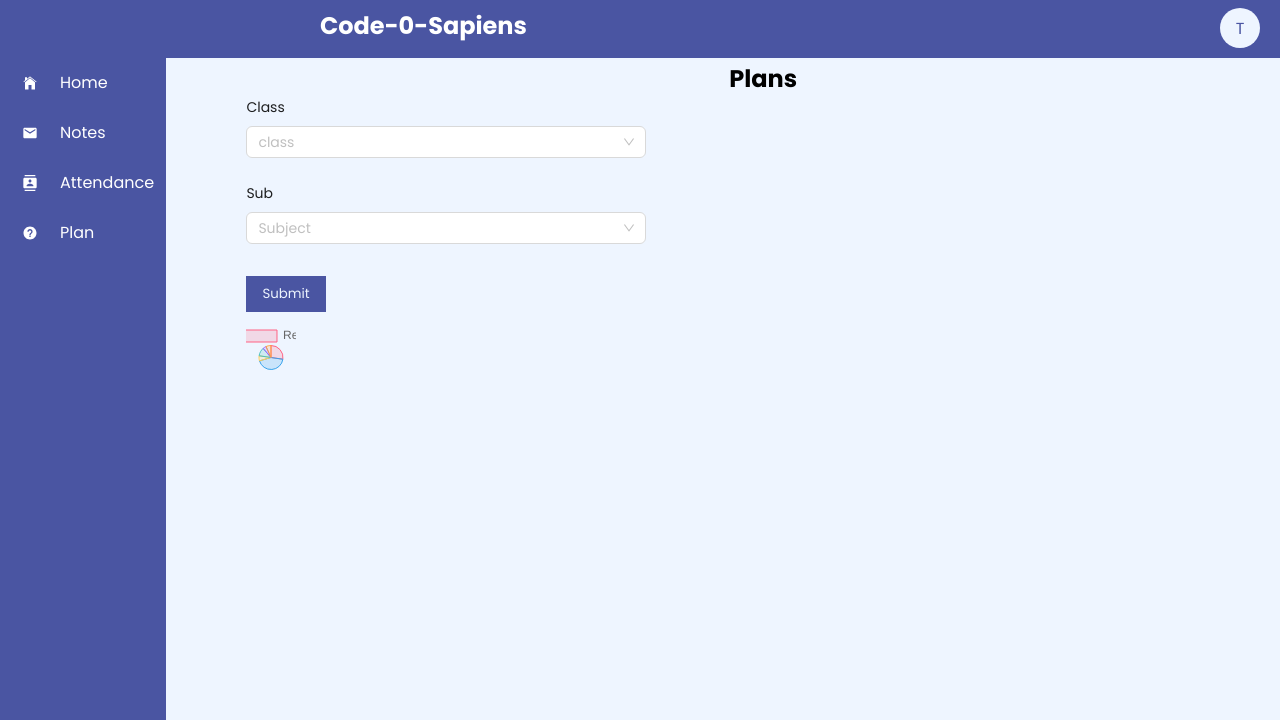
Repository: sinchana-P/code-0-sapiens
Page: /plans (app in client/)
These files come from the project's save history. The page is drawn as it stood at one moment and after a run of saves; the edit follows.
The browser window is 1280 px wide. The pictures show the whole page.
The project was rebuilt for these pictures with package versions that can differ from the ones it lists, and the page was loaded fresh each time. Also part of the build but not shown: client/src/components/auth/login/FormLayoutLogin.jsx, client/src/components/auth/login/Login.jsx, client/src/components/auth/register/FormLayoutRegister.jsx, client/src/components/auth/register/Register.jsx, client/src/components/homeScene/Home.jsx, client/src/components/notes/Notes.jsx, client/src/components/attendance/Attendance.jsx, client/src/components/profile/Profile.jsx and 5 more.

Above is the page before, as saved 2024-03-01 07:28:12.

### client/public/index.html
<!DOCTYPE html>
<html lang="en">
  <head>
    <meta charset="utf-8" />
    <link rel="icon" href="%PUBLIC_URL%/favicon.ico" />
    <meta name="viewport" content="width=device-width, initial-scale=1" />
    <meta name="theme-color" content="#000000" />
    <meta
      name="description"
      content="Web site created using create-react-app"
    />
    <link rel="apple-touch-icon" href="%PUBLIC_URL%/logo192.png" />
    <!--
      manifest.json provides metadata used when your web app is installed on a
      user's mobile device or desktop. See https://developers.google.com/web/fundamentals/web-app-manifest/
    -->
    <link rel="manifest" href="%PUBLIC_URL%/manifest.json" />
    <!--
      Notice the use of %PUBLIC_URL% in the tags above.
      It will be replaced with the URL of the `public` folder during the build.
      Only files inside the `public` folder can be referenced from the HTML.

      Unlike "/favicon.ico" or "favicon.ico", "%PUBLIC_URL%/favicon.ico" will
      work correctly both with client-side routing and a non-root public URL.
      Learn how to configure a non-root public URL by running `npm run build`.
    -->
    <link rel="preconnect" href="https://fonts.googleapis.com">
<link rel="preconnect" href="https://fonts.gstatic.com" crossorigin>
<link href="https://fonts.googleapis.com/css2?family=Poppins:ital,wght@0,100;0,200;0,300;0,400;0,500;0,600;0,700;0,800;0,900;1,100;1,200;1,300;1,400;1,500;1,600;1,700;1,800;1,900&display=swap" rel="stylesheet">
    <title>Code-0-Sapiens</title>
  </head>
  <body>
    <noscript>You need to enable JavaScript to run this app.</noscript>
    <div id="root"></div>
    <!--
      This HTML file is a template.
      If you open it directly in the browser, you will see an empty page.

      You can add webfonts, meta tags, or analytics to this file.
      The build step will place the bundled scripts into the <body> tag.

      To begin the development, run `npm start` or `yarn start`.
      To create a production bundle, use `npm run build` or `yarn build`.
    -->
  </body>
</html>

### client/src/index.js
import React from 'react';
import ReactDOM from 'react-dom/client';
import './index.css';
import App from './App';
import reportWebVitals from './reportWebVitals';
import { BrowserRouter } from 'react-router-dom'
import { apiSlice } from './api/apiSlice';
import {ApiProvider} from '@reduxjs/toolkit/query/react'

const root = ReactDOM.createRoot(document.getElementById('root'));
root.render(
  <BrowserRouter>
    <React.StrictMode>
      <ApiProvider api={apiSlice}>
        <App />
      </ApiProvider>
    </React.StrictMode>
  </BrowserRouter>,
);

// If you want to start measuring performance in your app, pass a function
// to log results (for example: reportWebVitals(console.log))
// or send to an analytics endpoint. Learn more: https://bit.ly/CRA-vitals
reportWebVitals();

### client/src/App.jsx

import './App.css';
import { useState } from 'react';
import { Routes, Route } from 'react-router-dom'
import Login from './components/auth/login/Login'
import Register from './components/auth/register/Register';
import Topbar from './components/global/topbar/Topbar';
import Sidebar from './components/global/sidebar/Sidebar';
import Home from './components/homeScene/Home';
import Notes from './components/notes/Notes';
import Plans from './components/plans/Plans';
import Attendance from './components/attendance/Attendance';
import Profile from './components/profile/Profile';
import StudentSidebar from './components/global/sidebar/StudentSidebar';
import StdHome from './components/stdHome/StdHome';
import StdAttendance from './components/stdAttendance/StdAttendance'
import StdNotes from './components/stdNotes/StdNotes';
import StdDoubts from './components/stdDoubts/StdDoubts';

function App() {
  const [userRole, setUserRole] = useState('Teacher')

  return (
    <div className="App">
      <div className='app-container'>

      <Topbar userRole={userRole}/>

        <div className='main-content'>
          <div className='left-content-container'>

          {
            userRole === 'Teacher' ? (<Sidebar /> ) : (<StudentSidebar /> )
          }

          </div>
          <div className='right-content-container'>
            <Routes>
              <Route path='/login' element={ <Login/> } />
              <Route path='/register' element={ <Register/> } />
              <Route path='/home' element={ <Home/> } />
              <Route path='/notes' element={ <Notes/> } />
              <Route path='/attendance' element={ <Attendance/> } />
              <Route path='/plans' element={ <Plans/> } />
              {/* <Route path='/profile' element={ <Profile/> } /> */}
              <Route path='/student' element={ <StdHome/> } />
              <Route path='/student/attendance' element={ <StdAttendance/> } />
              <Route path='/student/attendance' element={ <StdNotes/> } />
              <Route path='/student/attendance' element={ <StdDoubts/> } />
            </Routes>
          </div>
        </div>
      </div>

    </div>
  );
}

export default App;

### client/src/api/apiSlice.js
import {createApi,fetchBaseQuery} from '@reduxjs/toolkit/query/react'


export const apiSlice = createApi({
       reducerPath:"api",
       baseQuery:fetchBaseQuery({baseUrl:""}),
       tagTypes:['auth', 'student'],
       endpoints:(builder)=>({
        register: builder.mutation({
            query: (data) => ({
                url: '/register',
                method: "POST",
                body: data
            }),
            invalidatesTags:['auth']
        }),
        login: builder.mutation({
            query: (data) => ({
                url: '/login',
                method: "POST",
                body: data
            }),
            invalidatesTags:['auth']
        }),
            //   getTodos:builder.query({
            //          query:()=>'/auth',
            //          transformResponse: (res: Todo[]) =>  {
            //                 // Ensure res is an array before sorting
            //                 console.log(res);

            //                 if (Array.isArray(res)) {
            //                     return res.sort((a, b) => b.id - a.id);
            //                 } else {
            //                     return res;
            //                 }
            //             },

            //          providesTags:['todos']
            //   }),
            //   addTodo:builder.mutation({
            //          query:(todo)=>({
            //                 url:'/todos',
            //                 method:"POST",
            //                 body:todo
            //          }),
            //          invalidatesTags:['todos']
            //   }),
            //   updateTodo:builder.mutation({
            //          query:(todo)=>({
            //                 url:/todos/${todo.id},
            //                 method:'PATCH',
            //                 body:todo
            //          }),
            //          invalidatesTags:['todos']
            //   }),
            //   deleteTodo:builder.mutation({
            //          query:(id)=>({

            //                 url:/todos/${id},
            //                 method:'DELETE',
            //                 body:id
            //          }),
            //          invalidatesTags:['todos']
            //   })

       })
})

export const { useRegisterMutation,useLoginMutation } = apiSlice

### client/src/App.css
@import url('https://fonts.googleapis.com/css2?family=Poppins:ital,wght@0,100;0,200;0,300;0,400;0,500;0,600;0,700;0,800;0,900;1,100;1,200;1,300;1,400;1,500;1,600;1,700;1,800;1,900&display=swap');

* {
  font-family: "Poppins", sans-serif;
}

/* --- */
.full-width-container {
  width: 100%;
  display: flex;
  justify-content: center;
  align-items: center;
}
/* --- */

.right-content-container {
  background-color: #EEF5FF;
  display: flex;
  align-items: start;
  justify-content: center;
}

.app-container {
  display: flex;
  flex-direction: column;
}

.main-content {
  display: flex;
  flex-direction: row;
}

.left-content-container {
  width: 13vw;
}

.right-content-container {
  width: 87vw;

}

### client/src/components/global/topbar/Topbar.jsx
import React, {useState} from 'react'
import './Topbar.css'

const Topbar = ({userRole}) => {
  // const [userRole, setUserRole] = useState('Teacher')

  return (
    <div className='topbar-container'>
        <h2 style={{textAlign: 'left'}} className='logo-text'>Code-0-Sapiens</h2>

        <div className='profile-div'>
          {userRole === 'Teacher' ? 'T' : (userRole === 'Student' ? 'S' : '')}
        </div>
    </div>
  )
}

export default Topbar

### client/src/components/global/sidebar/Sidebar.jsx
import './Sidebar.css'
import { SidebarData } from './SidebarData';
import { Link, NavLink } from 'react-router-dom';


const Sidebar=()=> {
  return (
    <div className='sidebar'>
       <ul className='sidebarList'>
        {
        SidebarData.map((value,key)=>{
            return (
              <NavLink to={value.route} key={key} className='row' >
                <div id='icon'>{value.icon}</div>
                <div id='title'>{value.title}</div>
              </NavLink>
            )
        })
        }
       </ul>
    </div>
  )
}

export default Sidebar

### client/src/components/plans/Plans.jsx
import React, {useState} from 'react';
import { Form, Select, Checkbox } from 'antd';
import './Plans.css'
import { Chart as ChartJS, ArcElement, Tooltip, Legend } from 'chart.js';
import { Pie } from 'react-chartjs-2';


const SidebarData = [
  {
    cls_id: '8',
    sub_id: '1',
    mod_id: 'Module 1',
    chp_id: 'Chapter 1',
    completed: true
  },
  {
    cls_id: '8',
    sub_id: '1',
    mod_id: 'Module 1',
    chp_id: 'Chapter 2',
    completed: false
  },
  {
    cls_id: '8',
    sub_id: '1',
    mod_id: 'Module 1',
    chp_id: 'Chapter 3',
    completed: true
  },
  {
    cls_id: '8',
    sub_id: '1',
    mod_id: 'Module 1',
    chp_id: 'Chapter 4',
    completed: false
  },
  {
    cls_id: '8',
    sub_id: '1',
    mod_id: 'Module 1',
    chp_id: 'Chapter 5',
    completed: true
  },
  {
    cls_id: '8',
    sub_id: '1',
    mod_id: 'Module 2',
    chp_id: 'Chapter 1',
    completed: false
  },
  {
    cls_id: '8',
    sub_id: '1',
    mod_id: 'Module 2',
    chp_id: 'Chapter 2',
    completed: true
  },
  {
    cls_id: '8',
    sub_id: '1',
    mod_id: 'Module 2',
    chp_id: 'Chapter 3',
    completed: true
  },
  {
    cls_id: '8',
    sub_id: '1',
    mod_id: 'Module 2',
    chp_id: 'Chapter 4',
    completed: true
  },
  {
    cls_id: '8',
    sub_id: '1',
    mod_id: 'Module 2',
    chp_id: 'Chapter 5',
    completed: true
  }
];

const CheckboxGroup = Checkbox.Group;
ChartJS.register(ArcElement, Tooltip, Legend);

const Plans = () => {

    const [isSubmit, setIsSubmit] = useState(false)

    const data = {
      labels: ['Red', 'Blue', 'Yellow', 'Green', 'Purple', 'Orange'],
      datasets: [
        {
          label: '# of Votes',
          data: [12, 19, 3, 5, 2, 3],
          backgroundColor: [
            'rgba(255, 99, 132, 0.2)',
            'rgba(54, 162, 235, 0.2)',
            'rgba(255, 206, 86, 0.2)',
            'rgba(75, 192, 192, 0.2)',
            'rgba(153, 102, 255, 0.2)',
            'rgba(255, 159, 64, 0.2)',
          ],
          borderColor: [
            'rgba(255, 99, 132, 1)',
            'rgba(54, 162, 235, 1)',
            'rgba(255, 206, 86, 1)',
            'rgba(75, 192, 192, 1)',
            'rgba(153, 102, 255, 1)',
            'rgba(255, 159, 64, 1)',
          ],
          borderWidth: 1,
        },
      ],
    };

  // Grouping chapters by module
  const groupedChapters = SidebarData.reduce((acc, curr) => {
    const { mod_id, chp_id } = curr;
    if (!acc[mod_id]) {
      acc[mod_id] = [];
    }
    acc[mod_id].push(chp_id);
    console.log('acc');
    console.log(acc);
    return acc;
  }, {});

  const handleSubmit = () => {
    setIsSubmit(true)
  }

  return (
    <div className='plans-main'>
      <h2 className='heading'>Plans</h2>
        <Form
            layout="vertical"
            name="basic"
            labelCol={{ span: 8 }}
            wrapperCol={{ span: 16 }}
            style={{ maxWidth: 600 }}
            initialValues={{ remember: true }}
            autoComplete="off"
        >
            <Form.Item label="Class" rules={[{ required: true, message: 'Please select class!' }]}>
            <Select placeholder="class">
                <Select.Option value="class8">Class 8</Select.Option>
                <Select.Option value="class9">Class 9</Select.Option>
                <Select.Option value="class10">Class 10</Select.Option>
            </Select>
            </Form.Item>
            <Form.Item label="Sub" rules={[{ required: true, message: 'Please select class!' }]}>
            <Select placeholder="Subject">
                <Select.Option value="maths">Maths</Select.Option>
                <Select.Option value="science">Science</Select.Option>
                <Select.Option value="social">Social</Select.Option>
            </Select>
            </Form.Item>
        </Form>

        <button onClick={handleSubmit}>Submit</button>

        <div>
            <div>
                {isSubmit && (
                    <>
                    {Object.keys(groupedChapters).map((module, index) => (

                      <div key={index} className='module-chapters-checkbox'>
                      <h3>{module}</h3>
                      <CheckboxGroup>
                          {groupedChapters[module].map((chapter, i) => (
                          <Checkbox checked key={i} value={chapter} style={{width: '1200px'}} >
                              {chapter}
                          </Checkbox>
                          ))}
                      </CheckboxGroup>

                      </div>

                  ))}
                  <button>Update Plan</button>
                    </>


                )}


            </div>

            <div style={{width:'50px', height: '50px'}}>
              <Pie
                data={data}
                width={50}
                height={50}
              />
            </div>



        </div>


      </div>

  );
}

export default Plans;

### client/src/components/auth/login/Login.css
.login-container{
    padding: 1rem 0;
    /* background-color: pink; */
    width: 50vw;

}

h2 {
    text-align: center;
    margin-left: 20rem;
}

### client/src/components/auth/register/Register.css
.register-container{
    padding: 1rem 0;
    /* background-color: pink; */
    width: 50vw;

}

h2 {
    text-align: center;
    margin-left: 20rem;
}

### client/src/components/global/topbar/Topbar.css
.topbar-container {
    background-color: #4A55A2;
    min-width: 95vw;
    height: 4rem;
    display: flex;
    flex-direction: row;
    justify-content: space-between;
}

.profile-div {
    background-color: #EEF5FF;
    color: #4a55a2;
    width: 40px;
    height: 40px;
    border-radius: 50%;
    display: flex;
    justify-content: center;
    align-items: center;
    margin-top: 8px;
    margin-right: 20px;
}

.logo-text {
    color: white;
    /* text-align: center; */
    margin-top: 0.5rem;
}

### client/src/components/global/sidebar/Sidebar.css
*{
    margin: 0;
    padding: 0;
  }
  .App{
    width: 100vw;
    height: 100vh;
    display: flex;
  }

  .sidebar{
    height: 92vh;
    width: 200px;
    background-color: #4A55A2;
  }

  .sidebarList{
    height: auto;
    width: 100%;
    padding: 0;
  }

  .sidebarList .row{
    width: 100%;
    height: 50px;
    list-style-type: none;
    margin: 0;
    display: flex;
    flex-direction: row;
    color: white;
    justify-content: center;
    align-items: center;
    text-decoration: none;
  }

  .sidebarList .row:hover{
    cursor: pointer;
    background-color: #EEF5FF;
    color: black;

  }

  .row #icon{
    flex: 30%;
    display: grid;
    place-items: center;
  }

  .row #title{
    flex: 70%;
  }

  .row .active {
    background-color: #EEF5FF;
    color: black;
  }

### client/src/components/global/sidebar/SidebarData.js
import { IoIosHome,IoMdHelpCircle } from "react-icons/io";
import { MdEmail,MdContacts } from "react-icons/md";
import { FaRegCalendarCheck } from "react-icons/fa";


export const SidebarData=[
       {
              title:"Home",
              icon:<IoIosHome />,
              route:"/"
       },
       {
              title:"Notes",
              icon:<MdEmail />,
              route:"/notes"
       },
       {
              title:"Attendance",
              icon:<MdContacts />,
              route:"/attendance"
       },
       {
              title:"Plan",
              icon:<IoMdHelpCircle />,
              route:"/plans"
       },
       // {
       //        title:"Profile",
       //        icon:<FaRegCalendarCheck />,
       //        route:"/profile"
       // },
]

### client/src/components/notes/Notes.css
.notes-main {
    width: 87vw;
}

.heading {
    margin-left: 28rem;
}

.notes-container{
    margin: 1rem 18rem;
}

.notes-form-container {
    padding: 1rem 0;
}

.notes-upload-main {
    display: flex;
    flex-direction: row;
}


.notes-upload-container {
    display: flex;
    flex-direction: column;
}

.notes-pdf, .notes-link {
    display: flex;
    flex-direction: row;
    padding: 0.5rem 0;
}

.notes-upload-container {
    padding: 0rem 1rem;
}

p{
    font-weight: bold;
}

### client/src/components/plans/Plans.css
.plans-main{
    width: 87vw;
    padding: 0.2rem 5rem;
    /* max-height: 90vh; */

}

.module-chapters-checkbox {
    display: flex;
    flex-direction: column;
    justify-content: start;
}

.heading {
    margin-left: 5rem;
}

### client/src/components/attendance/Attendance.css
.attendance-main {
    /* background-color: pink; */
    width: 80vw;
}

.attendance-class {
    /* background-color: pink; */
}

.attendance-class-inputs-container {
    display: flex;
    flex-direction: row;
    min-width: 80vw;
}

.attendance-class-each {
    width: 15rem;
    margin: 2rem;
}

button {
    background-color: #4a55a2;
    color: #EEF5FF;
    border: none;
    padding: 0.5rem 1rem;
    margin: 0.5rem 0;
}

button:hover {
    background-color: #b9cae3;
    color: #4a55a2;
    cursor: pointer;
}

### client/src/components/global/sidebar/StudentSidebarData.js
import { IoIosHome,IoMdHelpCircle } from "react-icons/io";
import { MdEmail,MdContacts } from "react-icons/md";
import { FaRegCalendarCheck } from "react-icons/fa";


export const StudentSidebarData=[
       {
              title:"Home",
              icon:<IoIosHome />,
              route:"/student"
       },
       {
              title:"Attendance",
              icon:<MdEmail />,
              route:"/student/attendance"
       },
       {
              title:"Notes",
              icon:<MdContacts />,
              route:"/student/notes"
       },
       {
              title:"Doubts",
              icon:<IoMdHelpCircle />,
              route:"/student/doubts"
       },
       // {
       //        title:"Profile",
       //        icon:<FaRegCalendarCheck />,
       //        route:"/profile"
       // },
]

### client/src/components/stdAttendance/StdAttendance.css
.attendance-main {
    /* background-color: pink; */
    width: 87vw;
    padding: 1rem 20rem;
}

.attendance-class {
    /* background-color: pink; */
}

.attendance-class-inputs-container {
    display: flex;
    flex-direction: row;
    min-width: 80vw;
}

.attendance-class-each {
    width: 15rem;
    margin: 2rem;
}

button {
    background-color: #4a55a2;
    color: #EEF5FF;
    border: none;
    padding: 0.5rem 1rem;
    margin: 0.5rem 0;
}

button:hover {
    background-color: #b9cae3;
    color: #4a55a2;
    cursor: pointer;
}

.header {
    margin: 1rem 5rem;
}

Loaded but not shown: client/src/index.css (common file); client/src/reportWebVitals.js (common file)

After the next 2 saves:
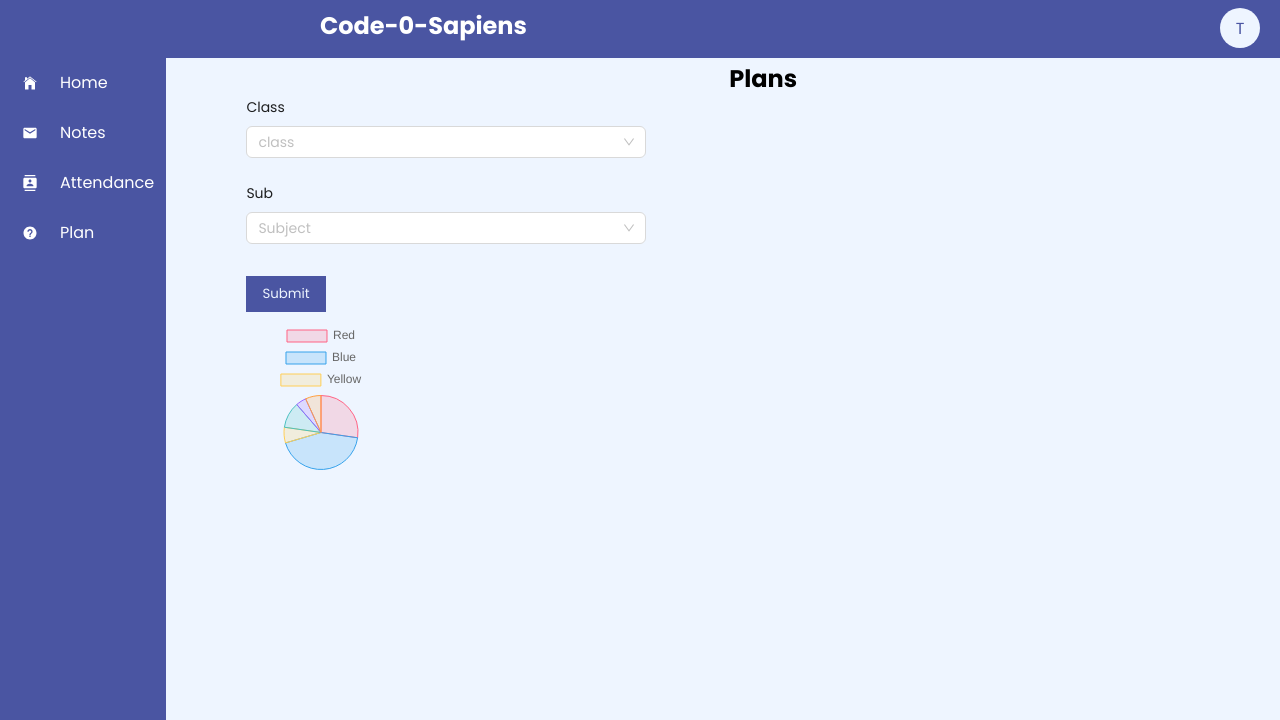
The 2 saves are shown as one change because they came seconds apart.
The last was saved 16 s later.
--- a/client/src/components/plans/Plans.jsx
+++ b/client/src/components/plans/Plans.jsx
@@ -186,7 +186,7 @@ const Plans = () => {
 
             </div>
 
-            <div style={{width:'50px', height: '50px'}}>
+            <div style={{width:'150px', height: '150px'}}>
               <Pie
                 data={data}
                 width={50}
